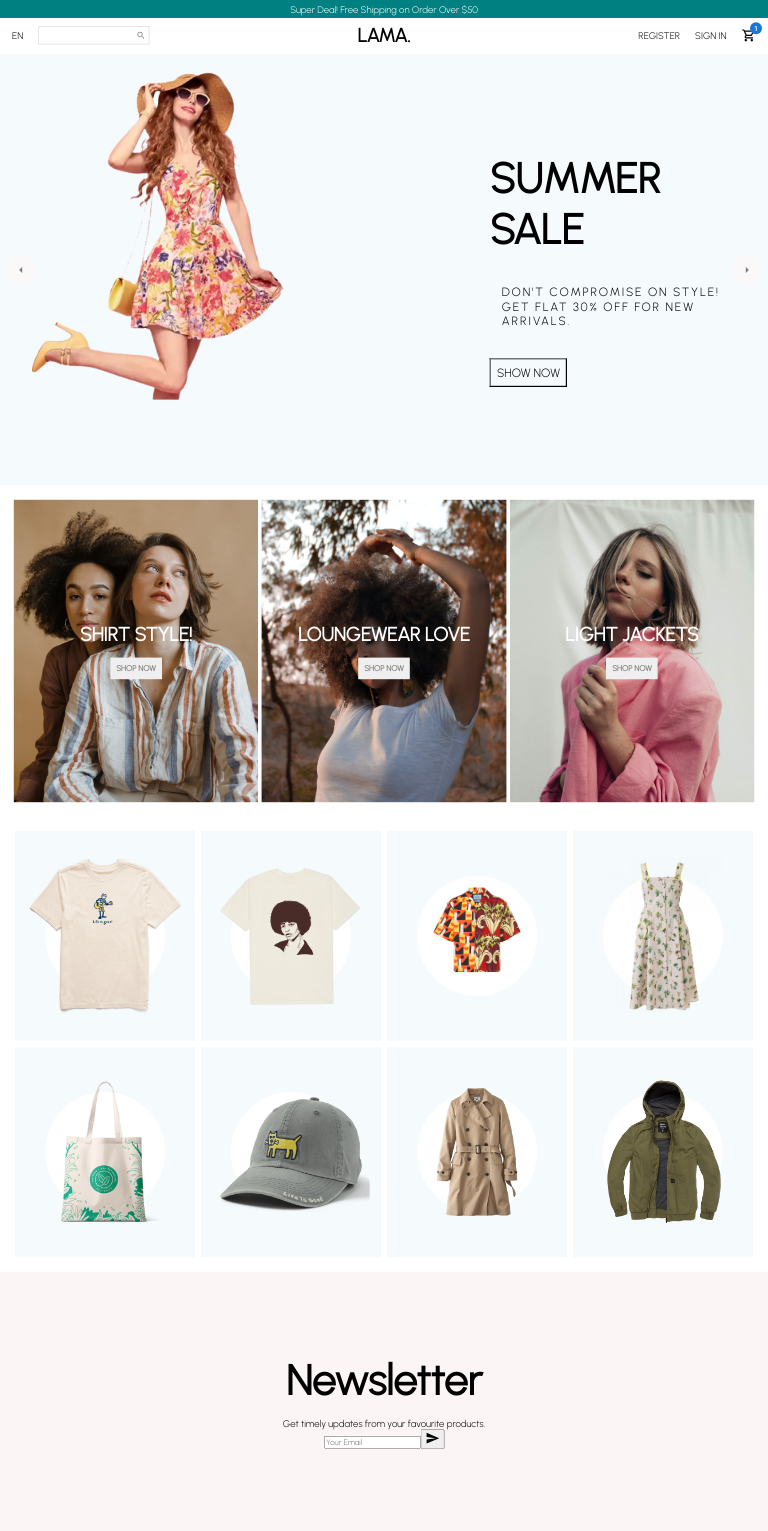
Repository: kmvaghela/ECOMMERCE
Page: /
The author's editor kept a copy of each file at every save. The page is drawn from the files as they stood at one save, then again after the next save.
The browser window is 1280 px wide. The pictures show the whole page, at 60% of full size.
The project was rebuilt for these pictures with package versions that can differ from the ones it lists, and the page was loaded fresh each time.

Above is the page before, as saved 2022-02-23 18:21:41.

### public/index.html
<!DOCTYPE html>
<html lang="en">

<head>
  <meta charset="utf-8" />
  <meta name="viewport" content="width=device-width, initial-scale=1" />
  <meta name="description" content="Web site created using create-react-app" />
  <link href="https://fonts.googleapis.com/css2?family=Urbanist:wght@100;200;300&display=swap" rel="stylesheet">
  <style>
    * {
      margin: 0;
      font-family: 'Urbanist', sans-serif;
    }
  </style>
  <title>React App</title>
</head>

<body>
  <noscript>You need to enable JavaScript to run this app.</noscript>
  <div id="root"></div>
</body>

</html>

### src/pages/Home.jsx
import React from "react";
import Announcement from "../components/Announcement";
import Categories from "../components/Categories";
import Navbar from "../components/Navbar";
import Products from "../components/Products";
import Slider from "../components/Slider";
import Newsletter from "../components/Newsletter";

const Home = () => {
  return (
    <div>
      <Announcement />
      <Navbar />
      <Slider />
      <Categories />
      <Products />
      <Newsletter />
    </div>
  );
};
export default Home;

### src/components/Announcement.jsx
import styled from "styled-components";

const Container = styled.div`
  height: 30px;
  background-color: teal;
  color: white;
  display: flex;
  align-items: center;
  justify-content: center;
  font-size: 14;
  font-weight: 500;
`;

const Announcement = () => {
  return (
    <Container>
      Super Deal! Free Shipping on Order Over $50
    </Container>
  );
};

export default Announcement;

### src/components/Categories.jsx
import styled from "styled-components";
import { categories } from "../data";
import CategoryItem from "./CategoryItem";

const Container = styled.div`
  display: flex;
  padding: 20px;
  justify-content: space-between;
`;

const Categories = () => {
  return (
    <Container>
      {categories.map((item) => (
        <CategoryItem item={item} key={item.id}/>
      ))}
    </Container>
  );
};

export default Categories;

### src/components/Navbar.jsx
import React from "react";
import styled from "styled-components";
import SearchOutlinedIcon from "@mui/icons-material/SearchOutlined";
import ShoppingCartOutlinedIcon from "@mui/icons-material/ShoppingCartOutlined";
import Badge from "@mui/material/Badge";

const Container = styled.div`
  height: 60px;
`;
const Wrapper = styled.div`
  padding: 10px 20px;
  display: flex;
  align-items: center;
  justify-content: space-between;
`;
const Left = styled.div`
  flex: 1;
  display: flex;
  align-items: center;
`;
const Language = styled.span`
  font-size: 14;
  cursor: pointer;
`;
const SearchContainer = styled.div`
  border: 0.5px solid lightgray;
  display: flex;
  align-items: center;
  margin-left: 25px;
  padding: 5px;
`;
const Input = styled.input`
  border: none;
`;

const Center = styled.div`
  flex: 2;
`;
const Logo = styled.h1`
  font-weight: bold;
  text-align: center;
`;

const Right = styled.div`
  flex: 1;
  display: flex;
  align-items: center;
  justify-content: flex-end;
`;
const MenuItem = styled.div`
  font-size: 14;
  cursor: pointer;
  margin-left: 25px;
`;

const Navbar = () => {
  return (
    <Container>
      <Wrapper>
        <Left>
          <Language>EN</Language>
          <SearchContainer>
            <Input />
            <SearchOutlinedIcon style={{color:"gray",fontSize:16}}/>
          </SearchContainer>
        </Left>
        <Center>
          <Logo>LAMA.</Logo>
        </Center>
        <Right>
          <MenuItem>REGISTER</MenuItem>
          <MenuItem>SIGN IN</MenuItem>
          <MenuItem>
            <Badge badgeContent={1} color="primary">
              <ShoppingCartOutlinedIcon />
            </Badge>
          </MenuItem>
        </Right>
      </Wrapper>
    </Container>
  );
};
export default Navbar;

### src/components/Products.jsx
import React from "react";
import styled from "styled-components";
import { popularProducts } from "../data";
import Product from "./Product";

const Container = styled.div`
  padding: 20px;
  display: flex;
  flex-wrap: wrap;
  justify-content: space-between;
`;

const Products = () => {
  return (
    <Container>
      {popularProducts.map((item) => (
        <Product item={item} key={item.id} />
      ))}
    </Container>
  );
};

export default Products;

### src/components/Slider.jsx
import React, { useState } from "react";
import styled from "styled-components";
import { ArrowLeftOutlined, ArrowRightOutlined } from "@mui/icons-material";
import { sliderItems } from "../data";
const Container = styled.div`
  width: 100%;
  height: 100vh;
  display: flex;
  position: relative;
  overflow: hidden;
`;
const Arrow = styled.div`
  width: 50px;
  height: 50px;
  background-color: #fff7f7;
  border-radius: 50%;
  display: flex;
  align-items: center;
  justify-content: center;
  position: absolute;
  top: 0;
  bottom: 0;
  left: ${(props) => props.direction === "left" && "10px"};
  right: ${(props) => props.direction === "right" && "10px"};
  margin: auto;
  cursor: pointer;
  opacity: 0.5;
  z-index: 2;
`;

const Wrapper = styled.div`
  height: 100%;
  display: flex;
  transform: translateX(${(props) => props.slideIndex * -100}vw);
  transition: all 1.5s ease;
`;

const Slide = styled.div`
  width: 100vw;
  height: 100vh;
  display: flex;
  align-items: center;
  background-color: ${(props) => props.bg};
`;
const ImgContainer = styled.div`
  height: 100%;
  flex: 1;
`;
const InfoContainer = styled.div`
  flex: 1;
  padding: 50px;
`;
const Image = styled.img`
  height: 80%;
`;

const Title = styled.h1`
  font-size: 70px;
`;
const Desc = styled.p`
  margin: 50px 20px;
  font-size: 20px;
  font-weight: 500;
  letter-spacing: 3px;
`;
const Button = styled.button`
  padding: 10px;
  font-size: 20px;
  background-color: transparent;
  cursor: pointer;
`;

const Slider = () => {
  const [slideIndex, setSlideIndex] = useState(0);
  const handleClick = (direction) => {
    if (direction === "left") {
      setSlideIndex(slideIndex > 0 ? slideIndex - 1 : 2);
    } else {
      setSlideIndex(slideIndex < 2 ? slideIndex + 1 : 0);
    }
  };
  return (
    <Container>
      <Arrow direction="left" onClick={() => handleClick("left")}>
        <ArrowLeftOutlined />
      </Arrow>
      <Wrapper slideIndex={slideIndex}>
        {sliderItems.map((item) => (
          <Slide bg={item.bg} key={item.id}>
            <ImgContainer>
              <Image src={item.img} alt="" />
            </ImgContainer>
            <InfoContainer>
              <Title>{item.title}</Title>
              <Desc>{item.desc}</Desc>
              <Button>SHOW NOW</Button>
            </InfoContainer>
          </Slide>
        ))}
      </Wrapper>
      <Arrow direction="right" onClick={() => handleClick("right")}>
        <ArrowRightOutlined />
      </Arrow>
    </Container>
  );
};

export default Slider;

### src/components/Newsletter.jsx
import React from "react";
import styled from "styled-components";
import SendIcon from "@mui/icons-material/Send";

const Container = styled.div`
  height: 60vh;
  background-color: #fcf5f5;
  display: flex;
  align-items: center;
  justify-content: center;
  flex-direction: column;
`;

const Title = styled.h1`
  font-size: 70px;
  margin-bottom: 20px;
`;

const Description = styled.div``;

const InputContainer = styled.div``;

const Input = styled.input``;

const Button = styled.button``;

const Newsletter = () => {
  return (
    <Container>
      <Title>Newsletter</Title>
      <Description>
        Get timely updates from your favourite products.
      </Description>
      <InputContainer>
        <Input placeholder="Your Email" />
        <Button>
          <SendIcon />
        </Button>
      </InputContainer>
    </Container>
  );
};

export default Newsletter;

### src/data.js
import img1 from "./assets/1.png";
import img2 from "./assets/2.png";
import img3 from "./assets/3.png";
import caterogryImg1 from "./assets/category-item-images/1.jpg";
import caterogryImg2 from "./assets/category-item-images/2.jpg";
import caterogryImg3 from "./assets/category-item-images/3.jpg";
import ProductImg1 from "./assets/product-images/1.png";
import ProductImg2 from "./assets/product-images/2.png";
import ProductImg3 from "./assets/product-images/3.png";
import ProductImg4 from "./assets/product-images/4.png";
import ProductImg5 from "./assets/product-images/5.png";
import ProductImg6 from "./assets/product-images/6.png";
import ProductImg7 from "./assets/product-images/7.png";
import ProductImg8 from "./assets/product-images/8.png";

export const sliderItems = [
    {
        id: 1,
        img: img1,
        title: "SUMMER SALE",
        desc: "DON'T COMPROMISE ON STYLE! GET FLAT 30% OFF FOR NEW ARRIVALS.",
        bg: "#f5fafd",
    },
    {
        id: 2,
        img: img2,
        title: "AUTUMN COLLECTION",
        desc: "DON'T COMPROMISE ON STYLE! GET FLAT 30% OFF FOR NEW ARRIVALS.",
        bg: "#fcf1ed",
    },
    {
        id: 3,
        img: img3,
        title: "LOUNGEWEAR LOVE",
        desc: "DON'T COMPROMISE ON STYLE! GET FLAT 30% OFF FOR NEW ARRIVALS.",
        bg: "#fbf0f4",
    }
];

export const categories = [
    {
        id: 1,
        img: caterogryImg1,
        title: "SHIRT STYLE!",
    },
    {
        id: 2,
        img: caterogryImg2,
        title: "LOUNGEWEAR LOVE",
    },
    {
        id: 3,
        img: caterogryImg3,
        title: "LIGHT JACKETS",
    }
];

export const popularProducts = [
    {
        id: 1,
        img: ProductImg1,
    },
    {
        id: 2,
        img: ProductImg2,
    },
    {
        id: 3,
        img: ProductImg3,
    },
    {
        id: 4,
        img: ProductImg4,
    },
    {
        id: 5,
        img: ProductImg5,
    },
    {
        id: 6,
        img: ProductImg6,
    },
    {
        id: 7,
        img: ProductImg7,
    },
    {
        id: 8,
        img: ProductImg8,
    },

]

### src/components/CategoryItem.jsx
import React from "react";
import styled from "styled-components";

const Container = styled.div`
  flex: 1;
  margin: 3px;
  height: 70vh;
  position: relative;
`;

const Image = styled.img`
  width: 100%;
  height: 100%;
  object-fit: cover;
  background-color: coral;
`;
const Info = styled.div`
  position: absolute;
  top: 0;
  left: 0;
  width: 100%;
  height: 100%;
  display: flex;
  align-items: center;
  justify-content: center;
  flex-direction: column;
`;
const Title = styled.h1`
  color: white;
  margin-bottom: 20px;
`;
const Button = styled.button`
  border: none;
  padding: 10px;
  color: gray;
  cursor: pointer;
  font-weight: 600;
`;

const CategoryItem = ({ item }) => {
  return (
    <Container key={item.id}>
      <Image src={item.img} alt="not  found" />
      <Info>
        <Title>{item.title}</Title>
        <Button>SHOP NOW</Button>
      </Info>
    </Container>
  );
};

export default CategoryItem;

### src/components/Product.jsx
import React from "react";
import styled from "styled-components";
import ShoppingCartOutlined from "@mui/icons-material/ShoppingCartOutlined";
import SearchOutlined from "@mui/icons-material/SearchOutlined";
import FavoriteBorderOutlined from "@mui/icons-material/FavoriteBorderOutlined";

const Info = styled.div`
  width: 100%;
  height: 100%;
  position: absolute;
  top: 0;
  left: 0;
  z-index: 3;
  display: flex;
  align-items: center;
  justify-content: center;
  background-color: rgba(0, 0, 0, 0.2);
  opacity: 0;
  transition: all 0.5s ease;
  cursor: pointer;
`;

const Container = styled.div`
  flex: 1;
  margin: 5px;
  min-width: 280px;
  height: 350px;
  display: flex;
  align-items: center;
  justify-content: center;
  background-color: #f5fbfd;
  position: relative;

  &:hover ${Info} {
    opacity: 1;
  }
`;

const Circle = styled.div`
  background-color: white;
  width: 200px;
  height: 200px;
  border-radius: 50%;
  position: absolute;
`;

const Image = styled.img`
  height: 75%;
  z-index: 2;
`;

const Icon = styled.div`
  height: 40px;
  width: 40px;
  background-color: white;
  border-radius: 50%;
  display: flex;
  align-items: center;
  justify-content: center;
  margin: 10px;
  transition: all 0.5s ease;

  &:hover {
    background-color: #e9f5f5;
    transform: scale(1.1);
  }
`;

const Product = ({ item }) => {
  return (
    <Container>
      <Circle />
      <Image src={item.img} alt="" />
      <Info>
        <Icon>
          <ShoppingCartOutlined />
        </Icon>
        <Icon>
          <SearchOutlined />
        </Icon>
        <Icon>
          <FavoriteBorderOutlined />
        </Icon>
      </Info>
    </Container>
  );
};

export default Product;

Loaded but not shown: src/index.js (common file); src/App.jsx (common file)

After the next save:
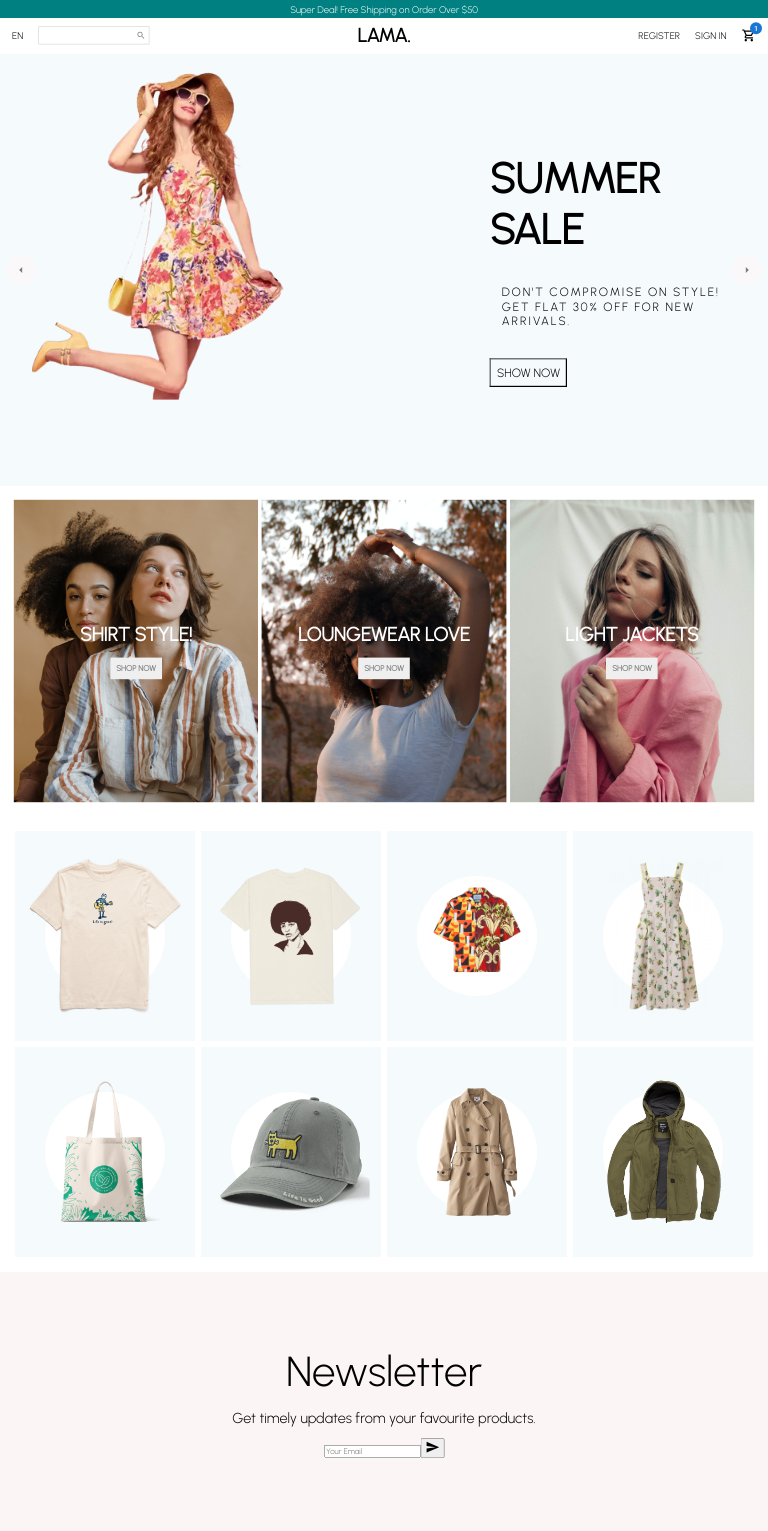
Saved 82 s later.
--- a/src/components/Newsletter.jsx
+++ b/src/components/Newsletter.jsx
@@ -14,9 +14,13 @@
 const Title = styled.h1`
   font-size: 70px;
   margin-bottom: 20px;
+  font-weight: 300;
 `;
 
-const Description = styled.div``;
+const Description = styled.div`
+  font-size: 24px;
+  margin-bottom: 20px;
+`;
 
 const InputContainer = styled.div``;
 
